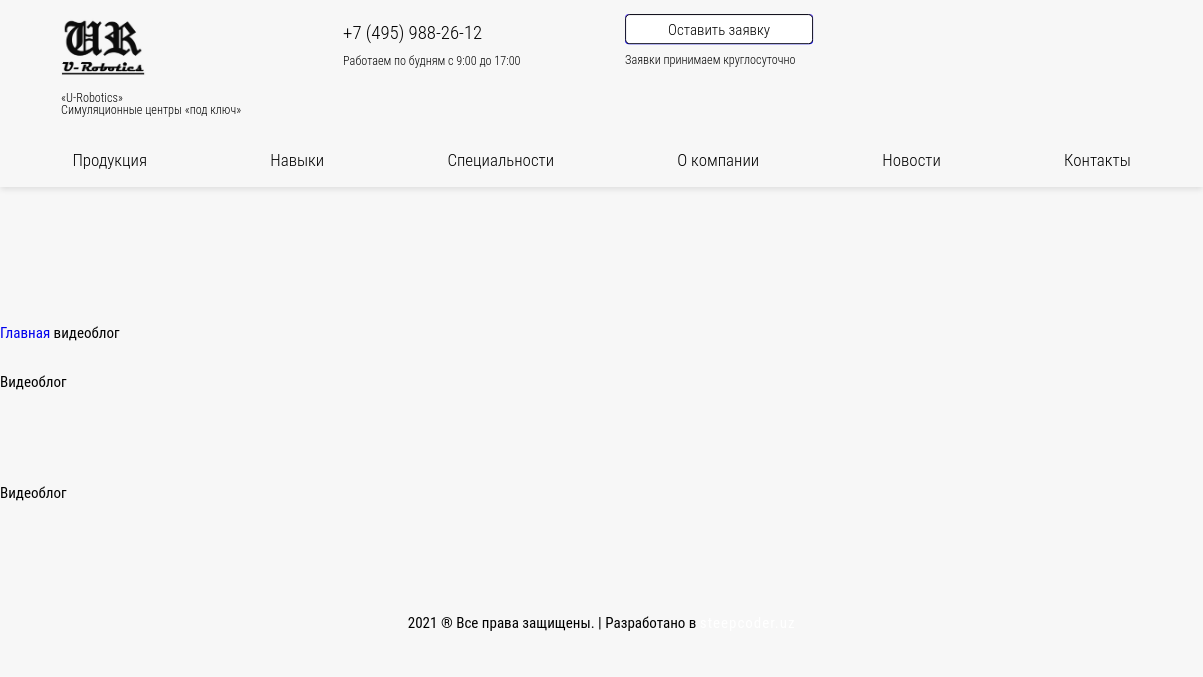
Repository: remrtehno/hotel
Page: http://localhost/video
These files come from the project's save history. The page is drawn as it stood at one moment and after the next save; the edit follows.
The browser window is 1280 px wide. The pictures show the whole page, at 94% of full size.
Some web fonts or font styles are not loaded; a fallback is used. The page is served by the project's Laravel application, run on PHP 8.4 with Laravel 8. Other server files are loaded and not shown. The database holds what the project's SQL file puts in it.

Above is the page before, as saved 2021-04-23 20:19:57.

### routes/web.php
<?php

/*
|--------------------------------------------------------------------------
| Web Routes
|--------------------------------------------------------------------------
|
| Here is where you can register web routes for your application. These
| routes are loaded by the RouteServiceProvider within a group which
| contains the "web" middleware group. Now create something great!
|
*/

Route::get('/', "MainController@index")->name("index");
Route::get('/catalog', "MainController@catalog")->name("catalog");
Route::get('/products', "MainController@products")->name("products");
Route::get('/category/{slug}', "MainController@category")->name("category");
Route::get('/detail/{slug}', "MainController@detail")->name("detail");
Route::get('/newsdetail/{slug}', "MainController@newsdetail")->name("newsdetail");
Route::get('/gallery', "MainController@gallery")->name("gallery");
Route::get('/news', "MainController@news")->name("news");
Route::get('/about', "MainController@about")->name("about");
Route::get('/video', "MainController@video")->name("video");
Route::get('/contact', "MainController@contact")->name("contact");
Route::get('/stocks', "MainController@stocks")->name("stocks");
Route::get('/services', "MainController@services")->name("services");
Route::get('/servicesdetail/{id}', "MainController@servicesdetail")->name("servicesdetail");




Route::group(['prefix'=>'admin','namespace'=>'Admin','middleware'=>'auth'], function(){

    Route::get('/', 'MainController@index');
    Route::resource('/post','ProductController');
    Route::resource('/category','CategoryController');
    Route::resource('/slider','SliderController');
    Route::resource('/services','ServicesController');
    Route::resource('/about','AboutController');
    Route::resource('/news','NewsController');
    Route::resource('/video','VideoController');
    Route::resource('/contact','ContactController');
    Route::resource('/logo','LogoController');
    Route::resource('/stock','StockController');
});

Auth::routes();

Route::get('/home', 'HomeController@index')->name('home');

### app/Video.php
<?php

namespace App;

use Illuminate\Database\Eloquent\Model;

class Video extends Model
{
    protected $table = "videos";
    protected $fillable = ['title','link','showlink'];



    public static function add($fields)
    {
        $post = new static;
        $post->fill($fields);
        $post->save();
        return $post;
    }

    public function edit($fields)
    {
        $this->fill($fields);
        $this->save();
    }
}

### resources/views/video/index.blade.php
@extends("main.main")



@section('content')

    <div class="page_top_wrap page_top_title page_top_breadcrumbs" style="margin-top: 130px">
        <div class="content_wrap">
            <div class="breadcrumbs">
                <a class="breadcrumbs_item home" href="/" title="Home">Главная</a>
                <span class="breadcrumbs_delimiter"></span>
                <span class="breadcrumbs_item current">видеоблог</span>
            </div>
            <h1 class="page_title">Видеоблог</h1>
        </div>
    </div>

    <div class="page_content_wrap">

        <div class="content_wrap">
            <div class="content">

                <!-- Галерея-->
                <div class="vc_row wpb_row vc_row-fluid">
                    <div class="vc_col-sm-12 wpb_column vc_column_container ">
                        <div class="wpb_wrapper">
                            <a name="ourprojects" id="ourprojects" class="sc_anchor" title="Projects" data-description="Our projects"
                               data-icon="icon-picture-1" data-url="" data-separator="no"></a>

                            <div class="sc_section bg_tint_none" data-animation="animated fadeInUp normal"
                                 style="margin-top:6em !important;margin-bottom:5.5em !important;">
                                <div class="sc_content content_wrap">
                                    <h2 class="sc_title sc_title_regular sc_align_center bottom_border" style="text-align:center;">Видеоблог</h2>


                                    <div class="sc_content content_wrap" style="margin-top:6em !important;margin-bottom:5em !important;">



                                        <div class="columns_wrap sc_columns columns_nofluid sc_columns_count_4">

                                            @foreach($video as $item)
                                                <div class="column-1_4 sc_column_item sc_column_item_1 odd first" style="text-align:none;">


                                                    <div class="post_featured">
                                                        <div class="post_thumb">
                                                            <a class="hover_icon hover_icon_link" href="{{ $item->showlink }}" data-fancybox />


                                                            {!! $item->link !!}


                                                            </a>
                                                        </div>
                                                    </div>

                                                </div>

                                            @endforeach

                                        </div>



                                    </div>




                                </div>
                            </div>
                        </div>
                    </div>
                </div>
                <!-- Галерея-->
            </div>
            <!-- </div> class="content"> -->
        </div>
        <!-- </div> class="content_wrap"> -->
    </div>


@endsection

### resources/views/main/main.blade.php
<!DOCTYPE html>
<html lang="en-US">

<head>
    <meta charset="UTF-8" />
    <meta name="viewport" content="width=device-width, initial-scale=1, maximum-scale=1">
    <meta name="keywords" content="{{ $meta_key }}">
    <meta name="description" content="{{ $meta_desc }}">


    <link rel="preconnect" href="https://fonts.gstatic.com">
    <link
        href="https://fonts.googleapis.com/css2?family=Roboto+Condensed:ital,wght@0,300;0,400;0,700;1,300&display=swap"
        rel="stylesheet">
    <link rel="icon" type="image/png" href="">
    <link href="css/slick.css" rel="stylesheet">
    <link href="css/slicknav.css" rel="stylesheet">
    <link href="css/jquery.fancybox.min.css" rel="stylesheet">
    <link href="css/styles.min.css" rel="stylesheet">
    <link href="css/template170321.css" rel="stylesheet">
    <link rel="stylesheet" href="css/style-new.css">

    <!--[if IE 8]>
    <link rel="stylesheet" type="text/css"
          href="/public/fazka/css/vc-ie8.css" media="screen">
    <![endif]-->
</head>



@include("lib.header")

<main>
    @yield("slider")




    @yield("userwrap")


    @yield("content")



</main>

    @yield('footerinput')


    <!-- /.container -->
    <div class="copyright" style="text-align: center;">
        2021 ® Все права защищены.
        | Разработано в <a style="display: inline; color: white; letter-spacing: 1px;"
            href="http://steepcoder.uz/site">steepcoder.uz</a>
    </div>
    <!-- /.copyright -->






<script src="js/jquery.3.2.1.min.js"></script>


<script src="js/svg4everybody.min.js"></script>
<script src="js/slick.min.js"></script>
<script src="js/jquery.slicknav.js"></script>
<script src="js/scripts.js"></script>

</body>

</html>

### resources/views/lib/header.blade.php
<header>
  <div class="container">
      <!-- BEGIN HEADERBAR-->
      <div class="headerbar">
          <div class="headerbar__row">
              <div class="headerbar__logo">
                  <a href="">
                      <img src="/uploads/logo/logo.png" alt="">
                      <p>«U-Robotics» <br> Симуляционные центры «под ключ»</p>
                  </a>
              </div>
              <div class="headerbar__info">
                  <a class="headerbar__tel" href="tel:74959882612">+7 (495) 988-26-12</a>
                  <p>Работаем по будням с 9:00 до 17:00</p>
              </div>
              <div class="headerbar__request">
                  <a class="js-modal-show" data-target="js-request"><span>Оставить заявку</span></a>

                  <p>Заявки принимаем круглосуточно</p>
              </div>
          </div>
      </div>
      <!-- END HEADERBAR -->
      <!-- BEGIN NAVBAR -->
      <nav class="navbar wr">
          <div class="slicknav_menu"><a href="#" aria-haspopup="true" role="button" tabindex="0" class="slicknav_btn slicknav_collapsed"><span class="slicknav_menutxt"></span><span class="slicknav_icon slicknav_no-text"><span class="slicknav_icon-bar"></span><span class="slicknav_icon-bar"></span><span class="slicknav_icon-bar"></span></span></a>
              <ul class="slicknav_nav slicknav_hidden" aria-hidden="true" role="menu" style="display: none;">
                  <li><a href="produkciya.html" role="menuitem" tabindex="-1">Продукция</a></li>
                  <li><a href="navyki.html" role="menuitem" tabindex="-1">Навыки</a></li>
                  <li><a href="specialnosti.html" role="menuitem" tabindex="-1">Специальности</a></li>
                  <li><a href="o-kompanii.html" role="menuitem" tabindex="-1">О компании</a></li>
                  <li><a href="novosti.html" role="menuitem" tabindex="-1">Новости</a></li>
                  <li><a href="kontakty.html" role="menuitem" tabindex="-1">Контакты</a></li>
              </ul>
          </div>
          <ul class="navbar__menu">
              <li><a href="produkciya.html">Продукция</a></li>
              <li><a href="navyki.html">Навыки</a></li>
              <li><a href="specialnosti.html">Специальности</a></li>
              <li><a href="o-kompanii.html">О компании</a></li>
              <li><a href="novosti.html">Новости</a></li>
              <li><a href="kontakty.html">Контакты</a></li>
          </ul>
      </nav>
      <!-- END NAVBAR  -->
  </div>
</header>

### public/css/template170321.css
.page-title h1 {
	text-transform: uppercase;
	font-size: 36px;
	letter-spacing: 3px;
}

.has-error {
	border: 1px solid red!important;
}

.search_title {
	padding: 10px 10px 10px 16px;
	background-color: #fff;
}

.search_title a {
	color: #5e42fc;
	border-bottom: 1px solid rgba(143, 11, 11, .2);
	-webkit-transition: all .3s linear;
	transition: all .3s linear;
	font-size: 18px;
	font-weight: 300;
}

.search_extract {
	padding: 0px 10px 10px 16px;
	background-color: #fff;
}

.evoSearch_info {
	padding: 15px 10px 15px 16px;
	background-color: #fff;
	margin-bottom: 20px;
	font-size: 20px;
}

.js-modal-show {
	cursor: pointer;
}

.other-feedback {
	margin-top: 20px;
}

.product__txt a {
	color: #5e42fc;
	border-bottom: 1px solid #5e42fc;
	-webkit-transition: all .3s linear;
	transition: all .3s linear;
	font-size: 18px;
	font-weight: 300;
}

.filter__hidden,
.form__checkbox {
	transition: all .3s linear;
}

.product__header-center {
	box-sizing: border-box;
	margin-left: 25px;
	margin-right: 25px;
	word-wrap: break-word;
}

.product__txt ul li {
	list-style-type: disc;
	list-style-position: outside;
	margin-left: 20px;
}

.product__txt ol li {

}

.product__txt ol {
	padding-left: inherit;
}
.banner__caption {
	display: flex;
	align-items: center;
	justify-content: center;
	padding-top: initial;
	top: -20px;
}
.banner__txt{
	font-size: 35px;
}

.news__desc h3 {
    min-height: 90px;
}

.social ul {
    margin: 30px 0 0;
    padding: 0;
    list-style: none;
    display: -webkit-box;
    display: -ms-flexbox;
    display: flex;
    -webkit-box-align: center;
    -ms-flex-align: center;
    align-items: center;
    -webkit-box-pack: end;
    -ms-flex-pack: end;
    justify-content: start;
}
.social ul li:first-child {
    margin-left: 0;
}
.social ul li {
    margin-left: 25px;
}
.social ul li a {
    display: block;
    width: 26px;
    height: 21px;
}
.social ul li a svg {
    width: 100%;
    height: 100%;
    fill: #5e42fc;
    -webkit-transition: .3s linear;
    transition: .3s linear;
}
.social ul li a:hover svg {
    fill: #5e42fc;
		opacity: 0.7;
}

.contacts__map {
    height: 270px;
}

@media screen and (max-width: 1199px){
	.banner__txt {
		font-size: 38px;

	}
	.social ul {
    -webkit-box-pack: center;
    -ms-flex-pack: center;
    justify-content: center;
}
}

@media screen and (max-width: 991px){
	.banner__txt {

		font-size: 32px;
	}
}

### public/css/style-new.css
* {
    outline: none;
}

.footerbar__logo img {
    mix-blend-mode: multiply;
}

.headerbar__logo img {
    mix-blend-mode: multiply;
    width: 90px;
}

header {
    color: black;
    background: none;
}

header * {
    color: #000000 !important;
}

.headerbar__info a,
.headerbar__info p {
    color: black;
}

.headerbar__request a span {
    background-color: white;
    border: 1px solid #000;
    border-radius: 5px;
}

.criteria__item svg {
    fill: black;
}

.headerbar__logo {
    padding-top: 0;
}

.wrapper {
    height: 100%;
    display: flex;
    justify-content: center;
    align-items: center;
}

@media (max-width: 767px) {
    .wrapper {
        padding: 50px 10px;
    }
}

/* Основные стили */

/* Слайдер */

.slick-slider {
    min-width: 0;
}

/* Ограничивающая оболочка */

.slick-list {
    overflow: hidden;
}

/* Лента слайдов */

.slick-track {
    display: flex;
    align-items: flex-start;
}

/* Слайд */

.slick-slide {
}

/* Слайд активный */

.slick-slide.slick-active {
}

/* Слайд основной */

.slick-slide.slick-current {
}

/* Слайд по центру */

.slick-slide.slick-center {
}

/* Стрелка */

.slick-arrow {
}

/* Стрелка влево */

.slick-arrow.slick-prev {
}

/* Стрелка вправо */

.slick-arrow.slick-next {
}

/* Стрелка не активная */

.slick-arrow.slick-disabled {
}

/* Точки */

.slick-dots {
}

.slick-dots li {
}

.slick-dots button {
}

/* Конкретный слайдер */

.slider {
    position: relative;
}

.slider .slick-arrow {
    position: absolute;
    top: 50%;
    margin: -30px 0px 0px 0px;
    z-index: 10;
    font-size: 0;
    width: 30px;
    height: 60px;
    border: 0;
    outline: none;
    cursor: pointer;
}

.slider .slick-arrow.slick-prev {
    left: 15px;
    background: url("../img/sl-arrow_l.svg") 0 0 / 65% no-repeat;
}

.slider .slick-arrow.slick-next {
    right: 15px;
    background: url("../img/sl-arrow_r.svg") 0 0 / 65% no-repeat;
}

.slider .slick-arrow.slick-disabled {
    opacity: 0.2;
}

.slider .slick-dots {
    display: flex;
    align-items: center;
    justify-content: center;
}

.slider .slick-dots li {
    list-style: none;
    margin: 0px 10px;
}

.slider .slick-dots button {
    font-size: 0;
    width: 10px;
    height: 10px;
    background-color: #fff;
    border-radius: 50%;
    border: 0;
}

.slider .slick-dots li.slick-active button {
    background-color: transparent;
    border: 1px solid #fff;
}

.slider__item img {
    max-width: 100%;
}

.slider__item.slick-center {
}

@media (max-width: 992px) {
    .slicknav_menu:nth-child(2) {
        display: none;
    }
}
@media (min-width: 992px) {
    .product-container {
        display: grid;
        grid-template-columns: 270px 1fr;
        grid-template-rows: 1fr;
        gap: 30px 30px;
    }
}



.form__checkbox label::before {

}

### med.sql (the tables this page reads)
CREATE TABLE `videos` (
  `id` bigint(20) UNSIGNED NOT NULL,
  `file` varchar(255) COLLATE utf8mb4_unicode_ci DEFAULT NULL,
  `title` varchar(255) COLLATE utf8mb4_unicode_ci NOT NULL,
  `created_at` timestamp NULL DEFAULT NULL,
  `updated_at` timestamp NULL DEFAULT NULL
) ENGINE=InnoDB DEFAULT CHARSET=utf8mb4 COLLATE=utf8mb4_unicode_ci;

INSERT INTO `videos` (`id`, `file`, `title`, `created_at`, `updated_at`) VALUES
(25, '3GbYQbh7dS.mp4', 'стабилизатор', '2021-05-04 12:45:00', '2021-05-04 12:49:14'),
(26, 'GxNXlBoNjQ.mp4', 'Лента', '2021-05-04 12:54:35', '2021-05-04 12:54:35');

ALTER TABLE `videos`
  ADD PRIMARY KEY (`id`);

ALTER TABLE `videos`
  MODIFY `id` bigint(20) UNSIGNED NOT NULL AUTO_INCREMENT, AUTO_INCREMENT=27;

### resources/views/lib/footerinput.blade.php
<footer class="footer-noborder">
    <div class="container">
        <!-- BEGIN FOOTERBAR-->
        <section class="footerbar">
            <div class="footerbar__row">
                <div class="footerbar__logo">
                    <a href="">
                        <img src="img/logo.jpg" alt="">
                        <p> Симуляционные центры «под ключ»</p>
                    </a>

                </div>

                <div class="footerbar__menu">
                    <ul>
                        <li><a href="produkciya.html">Продукция</a></li>
                        <li><a href="navyki.html">Навыки</a></li>
                        <li><a href="specialnosti.html">Специальности</a></li>
                        <li><a href="o-kompanii.html">О компании</a></li>
                        <li><a href="novosti.html">Новости</a></li>
                        <li><a href="kontakty.html">Контакты</a></li>
                    </ul>

                </div>
                <div class="footerbar__contacts">
                    <p>+7 (495) 988-26-12</p>
                    <p>Работаем по будням с 9:00 до 17:00</p>
                    <a href="mailto:info@urobotics.uz">info@urobotics.uz</a>

                </div>
            </div>
        </section>
        <!-- END FOOTERBAR -->
        <!-- BEGIN BOTTOM-->
        <div class="bottom">
            <div class="bottom__row">
                <div class="bottom__copyright">
                    <span>© 2009—2021, ООО «U-Robotics»</span>
                    <br>
                    <span>Предложение не является публичной офертой. Производитель оставляет за собой право вносить изменения в конструкцию без предварительного уведомления.</span>
                </div>
                <div class="bottom__privacy">
                    <a href="politika-konfidencialnosti.html">Политика конфиденциальности</a>
                </div>
            </div>
        </div>
        <!-- END BOTTOM -->
    </div>
</footer>
<!-- BEGIN MODAL-->
<div class="modal  js-modal" id="js-request">
    <p class="modal__title">Обратная связь</p>
    <!-- BEGIN FORM -->
    <form class="form" action="" enctype="multipart/form-data">
        <div class="FLresult form__group"></div>
        <div class="form__group">
            <input type="text" name="ФИО" placeholder="ФИО" required="">
        </div>
        <div class="form__group">
            <input class="phone" type="tel" placeholder="Телефон" name="Телефон" required="">
        </div>
        <div class="form__group">
            <input type="email" name="Почта" placeholder="Эл. почта" required="">
        </div>
        <div class="form__group">
            <input type="text" name="Город и место работы" placeholder="Город и место работы">
        </div>
        <div class="form__group">
            <input type="text" name="Тема сообщения" placeholder="Тема">
        </div>
        <div class="form__group">
            <textarea name="Текст сообщения" placeholder="Текст"></textarea>
        </div>
        <div class="form__file">
            <label>
            <input type="file" name="attachment">
            <span>
                <svg><use xlink:href="img/sprite.svg#file"></use></svg>
                Прикрепить файл
            </span>
        </label>
            <input type="text" id="filename" class="filename" disabled="">
            <button class="file-remove">
            <svg>
                <use xlink:href="img/sprite.svg#close"></use>
            </svg>
        </button>
        </div>
        <div class="form__checkbox">
            <input type="checkbox" name="agree" id="agree" checked="" required="">
            <label for="agree">
            <span>Нажимая кнопку «Отправить», я соглашаюсь на <a href="soglashenie-ob-obrabotke-personalnyh-dannyh.html">обработку персональных данных</a></span>
            <svg>
                <use xlink:href="img/sprite.svg#check"></use>
            </svg>
        </label>
        </div>
        <input type="hidden" name="formid" value="basic" data-fl-name="Форма">
        <button class="form__submit FLajax" type="submit" data-fl-theme="Сообщение с сайта Виртумед"><span>Отправить сообщение</span></button>
    </form>
    <!-- END FORM -->
    <a href="#" class="modal__close  js-modal-close">✖</a>
</div>
<!-- END MODAL -->

Loaded but not shown: app/Providers/AppServiceProvider.php (common file); app/Http/Controllers/Auth/LoginController.php (common file); app/Http/Controllers/Controller.php (common file); public/css/slick.css (common file); public/css/slicknav.css (common file); public/css/jquery.fancybox.min.css (library); public/css/styles.min.css (library); public/js/jquery.3.2.1.min.js (library); public/js/svg4everybody.min.js (common file); public/js/slick.min.js (library); public/js/jquery.slicknav.js (library); public/img/sprite.svg (134 lines, source omitted); public/js/scripts.js (128 lines, source omitted); app/Http/Controllers/MainController.php (201 lines, source omitted)

After the next save:
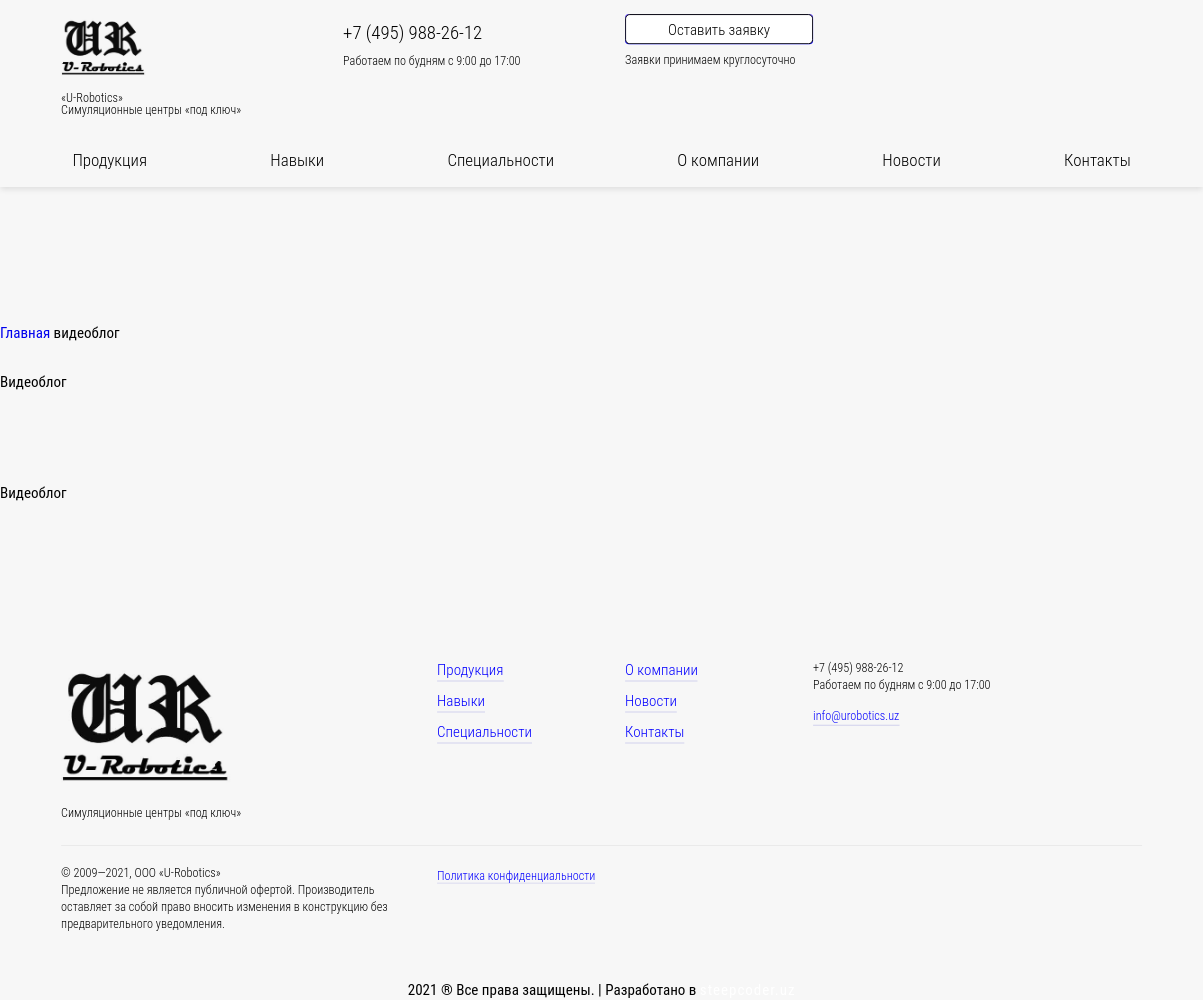
Saved 7 s later.
--- a/resources/views/main/main.blade.php
+++ b/resources/views/main/main.blade.php
@@ -45,7 +45,7 @@
 
 </main>
 
-    @yield('footerinput')
+@include("lib.footerinput")
 
 
     <!-- /.container -->
